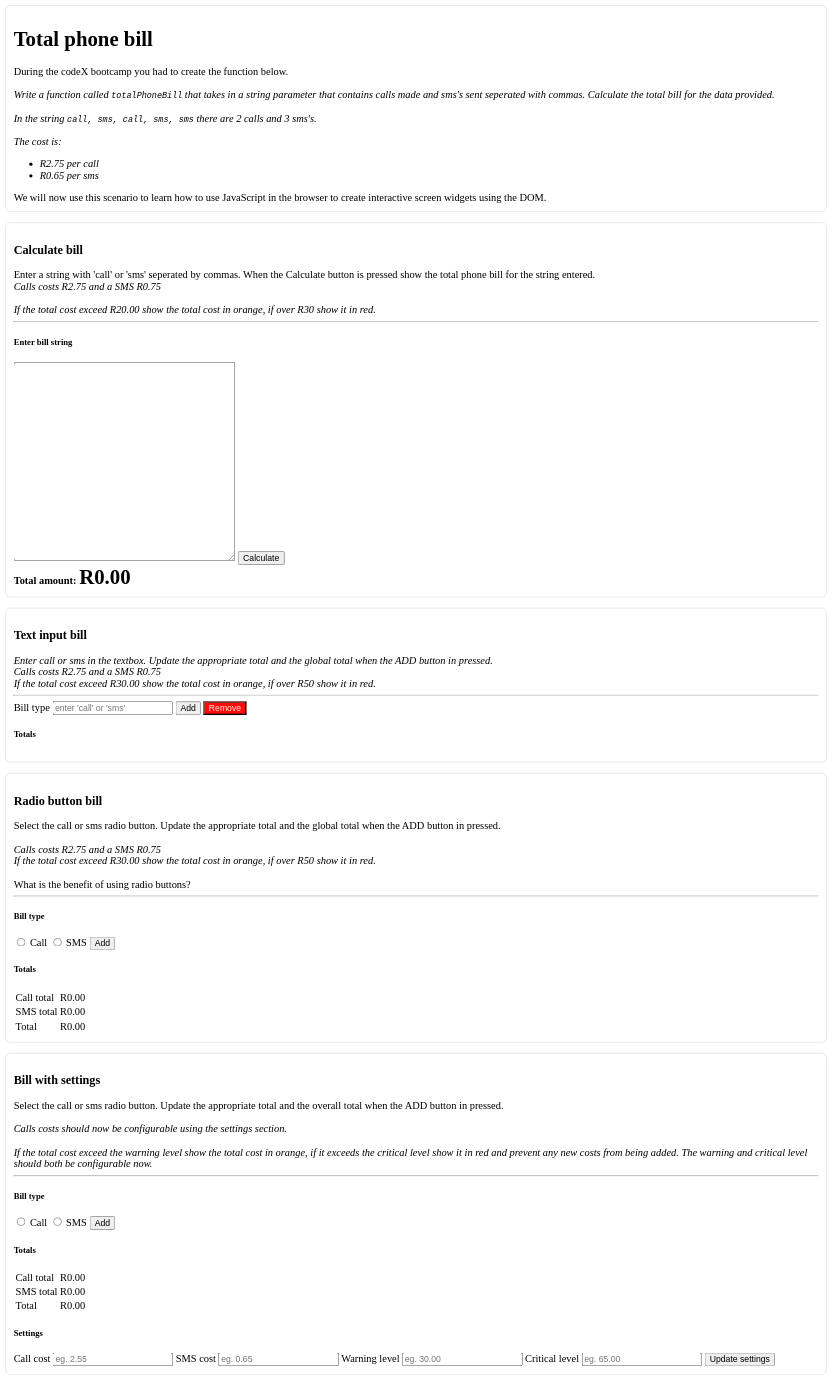
Repository: lasity34/Phone-bill
Page: index.html
These files come from the project's save history. The page is drawn as it stood at one moment and after the next save; the edit follows.
The browser window is 1280 px wide. The pictures show the whole page, at 65% of full size.
Some web libraries are served in a nearby version.

Above is the page before, as saved 2023-05-05 16:37:57.
Not found: css/skeleton.css

After the next save:
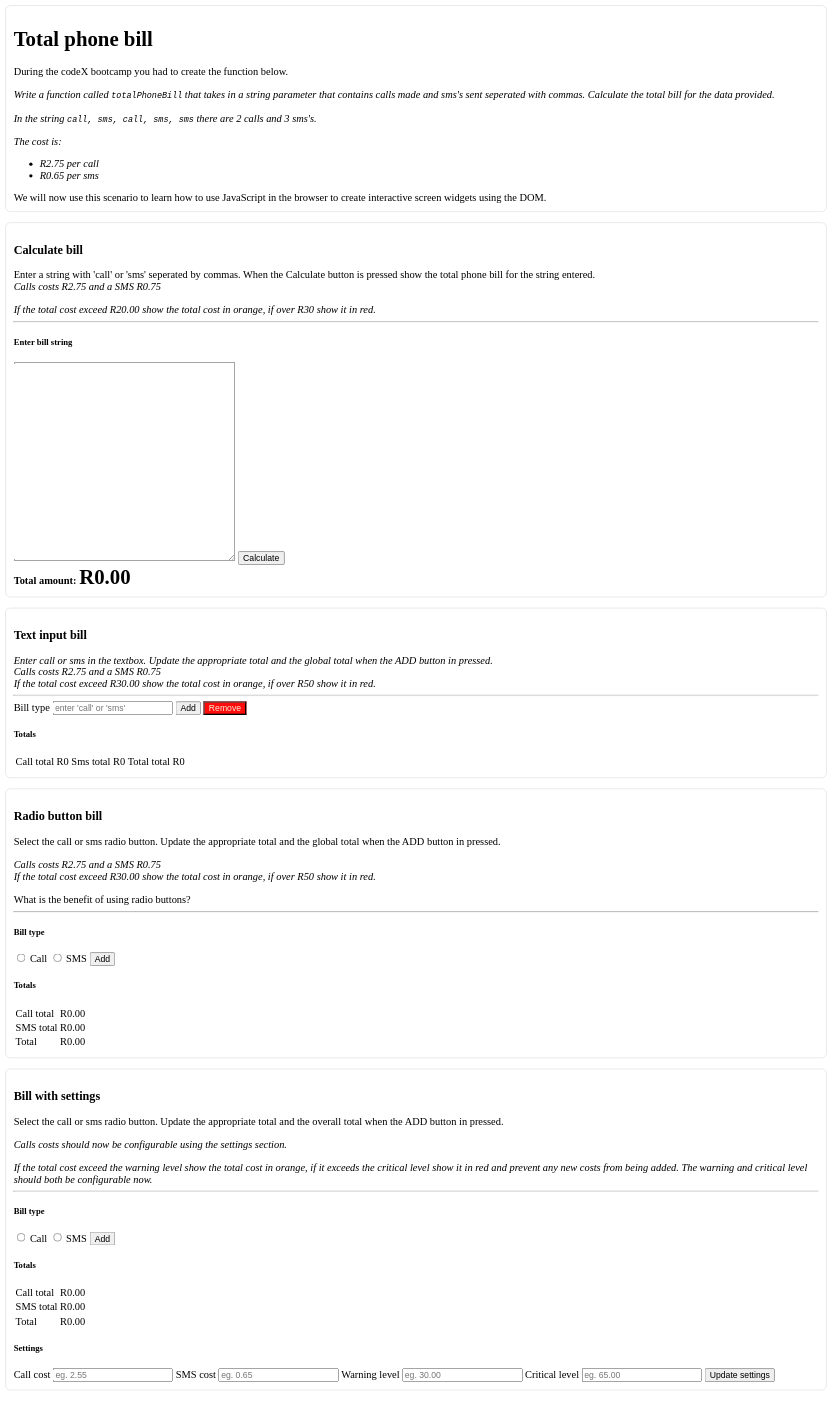
Saved 16 s later.
--- a/js/text-bill.js
+++ b/js/text-bill.js
@@ -43,7 +43,19 @@ function textBillTotal() {
   }
 
 
-  document.addEventListener("DOMContentLoaded", function () {
+
+}
+
+function removeTotal() {
+  totalElem.innerHTML = 0;
+  callsTotalElem.innerHTML = 0;
+  smsTotalElem.innerHTML = 0;
+  callsTotal = 0;
+  smsTotal = 0;
+}
+
+
+document.addEventListener("DOMContentLoaded", function () {
     const templateSource = document.querySelector(".userTemplate").innerHTML;
 
     const userTemplate = Handlebars.compile(templateSource);
@@ -75,15 +87,6 @@ function textBillTotal() {
     const userDataHTML = userTemplate(costData);
     costDataElem.innerHTML = userDataHTML;
   });
-}
-
-function removeTotal() {
-  totalElem.innerHTML = 0;
-  callsTotalElem.innerHTML = 0;
-  smsTotalElem.innerHTML = 0;
-  callsTotal = 0;
-  smsTotal = 0;
-}
 
 textTotalAddBtn.addEventListener("click", textBillTotal);
 textTotalRemoveBtn.addEventListener("click", removeTotal);
